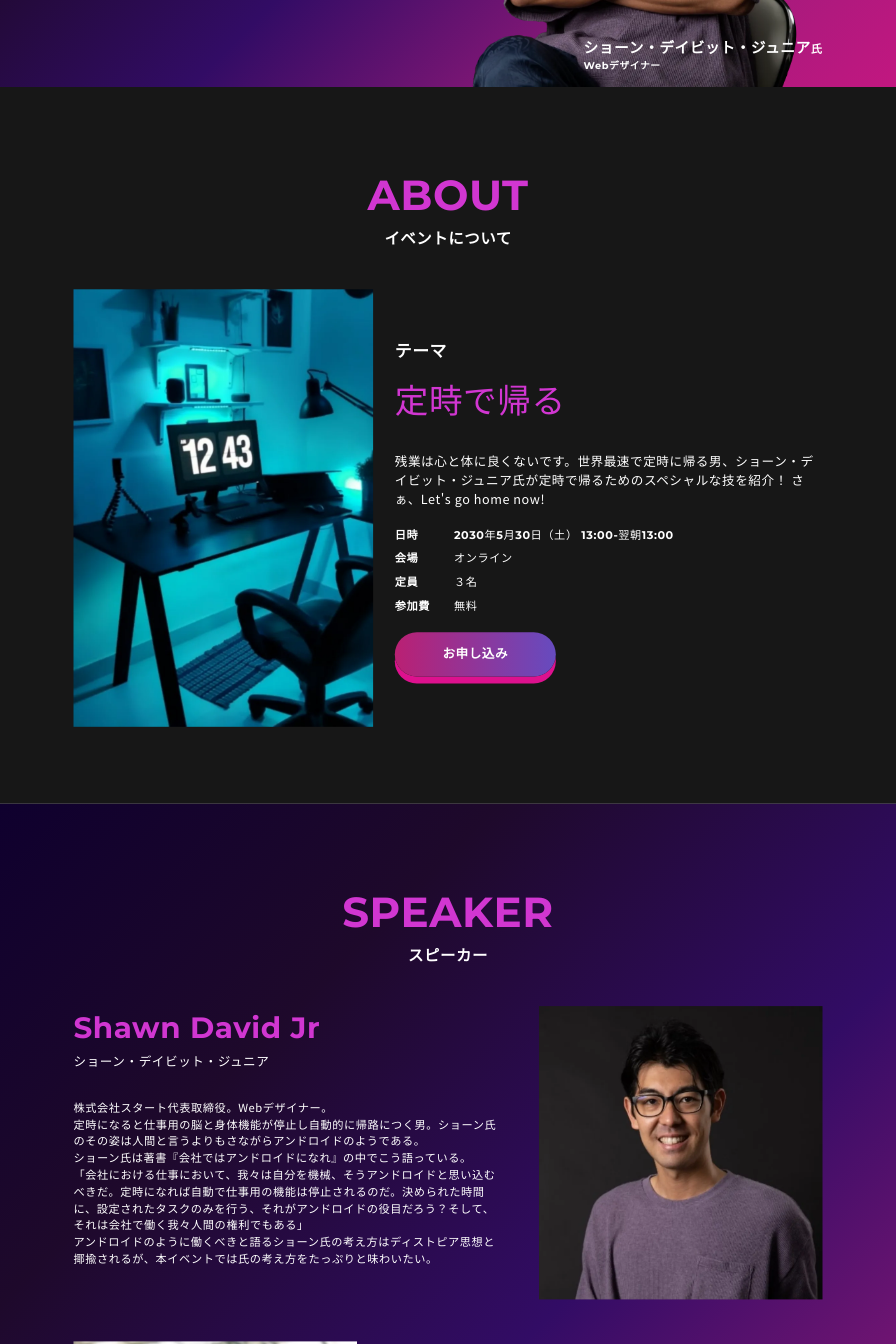
Repository: tetishi/wdc
Page: index.html
These files come from the project's save history. The page is drawn as it stood at one moment and after a run of saves; the edit follows.
The browser window is 1280 px wide. The pictures show the part of the page from y = 576 to 2496 px (the page is 6301 px tall before and 6268 px after), at 70% of full size.
Some web libraries are served in a nearby version. The style sheet was rebuilt from its Sass, Less or Tailwind sources for each picture, by a compiler version that may differ from the author's.

Above is the page before, as saved 2023-07-15 18:28:57.

### index.html
<!DOCTYPE html>
<html lang="ja">
<head>
    <meta charset="UTF-8">
    <meta http-equiv="X-UA-Compatible" content="IE=edge">
    <meta name="viewport" content="width=device-width, initial-scale=1.0">
    <title>WDC</title>
    <link href="https://use.fontawesome.com/releases/v5.6.1/css/all.css" rel="stylesheet">
    <link href="https://fonts.googleapis.com/css2?family=Montserrat:wght@700&family=Noto+Sans+JP:wght@500;700&display=swap" rel="stylesheet">
    <link rel="icon" href="img/favicon.ico">
    <link rel="stylesheet" href="./css/reset.css">
    <link rel="stylesheet" href="./css/style.css">
</head>
<body>
    <header class="header">
        <div class="header-inner">
            <h2 class="nav-title">
                <a href="./index.html">
                    <img src="img/WDC.svg" alt="WDC">
                </a>
            </h2>
            <nav class="header-nav">
                <ul id="page-link" class="header-list">
                    <li class="header-item">
                        <a href="#about">ABOUT</a>
                    </li>
                    <li class="header-item">
                        <a href="#speaker">SPEAKER</a>
                    </li>
                    <li class="header-item">
                        <a href="#session">SESSION</a>
                    </li>
                </ul>
            </nav>
        </div>
    </header>

    <main>
        <!-- fv -->
        <div class="fv">
            <div class="section-inner fv-wrapper">
                    <!-- page-title-wrapper -->
                    <div class="page-title-wrapper">
                        <div class="page-title-upper">Web Design <br class="sp-br"> Conference vol.24</div>
                        <h2 class="page-title">
                            WORK<br>
                            REVOLUTION
                        </h2>
                        <div class="page-title-bottom">2030.05.30</div>
                        <div id="page-link" class="fv-btn">
                            <a href="#registor" class="link-btn">お申し込み</a>
                        </div>
                    </div>
                    <div class="ceo-wrraper">
                        <p class="ceo-name">ショーン・デイビット・ジュニア<span class="ceo-title">氏</span></p>
                        <p class="ceo-occupation">Webデザイナー</p>
                    </div>
            </div>
        </div>

        <!-- about -->
        <section id="about" class="about-section-wrapper">
            <div class="section-inner">
                <h2 class="section-title">
                    ABOUT

                </h2>
                <p class="section-under-title">イベントについて</p>
                <div class="about-container">
                    <div class="about-left-conatiner">
                        <div class="about-img-box">
                            <picture>
                                <source srcset="img/about.webp" type="image/webp">
                                <img src="img/about.jpg" alt="デスクの上のモニターには時間が表示されている">
                            </picture>
                        </div>
                    </div>
                    <div class="about-right-container">
                        <p class="top-text">テーマ</p>
                        <h3 class="theme">定時で帰る</h3>
                        <p class="theme-content">残業は心と体に良くないです。世界最速で定時に帰る男、ショーン・デイビット・ジュニア氏が定時で帰るためのスペシャルな技を紹介！ さぁ、Let's go home now!</p>
                        <table class="about-table">
                            <tbody>
                                <tr>
                                    <th>日時</th>
                                    <td>2030年5月30日（土） 13:00-翌朝13:00</td>
                                </tr>
                                <tr>
                                    <th>会場</th>
                                    <td>オンライン</td>
                                </tr>
                                <tr>
                                    <th>定員</th>
                                    <td>３名</td>
                                </tr>
                                <tr>
                                    <th>参加費</th>
                                    <td>無料</td>
                                </tr>
                            </tbody>
                        </table>
                        <div id="page-link">
                            <a href="#registor" class="link-btn">お申し込み</a>
                        </div>
                    </div>
                </div>
            </div>
        </section>

        <!-- speaker -->
        <section id="speaker" class="speaker-section-wrapper">
            <div class="section-inner">
                <h2 class="section-title">SPEAKER</h2>
                <p class="section-under-title">スピーカー</p>
                <div class="ceo-container">
                    <div class="ceo-left">
                        <h3 class="speaker-name">Shawn David Jr</h3>
                        <p class="jp-name">ショーン・デイビット・ジュニア</p>
                        <div class="speaker-text">
                            <p>株式会社スタート代表取締役。Webデザイナー。<br>
                                定時になると仕事用の脳と身体機能が停止し自動的に帰路につく男。ショーン氏のその姿は人間と言うよりもさながらアンドロイドのようである。<br>
                                ショーン氏は著書『会社ではアンドロイドになれ』の中でこう語っている。<br>
                                「会社における仕事において、我々は自分を機械、そうアンドロイドと思い込むべきだ。定時になれば自動で仕事用の機能は停止されるのだ。決められた時間に、設定されたタスクのみを行う、それがアンドロイドの役目だろう？そして、それは会社で働く我々人間の権利でもある」<br>
                                アンドロイドのように働くべきと語るショーン氏の考え方はディストピア思想と揶揄されるが、本イベントでは氏の考え方をたっぷりと味わいたい。
                            </p>
                        </div>
                    </div>
                    <div class="ceo-right">
                        <picture>
                            <source srcset="img/sean.webp" type="image/webp">
                            <img src="img/sean.jpg" alt="株式会社スタート代表取締役のShawn David Jrの写真">
                        </picture>
                    </div>
                </div>
                <div class="mihoko-container">
                    <div class="mihoko-left">
                        <picture>
                            <source srcset="img/mihoko.webp" type="image/webp">
                            <img src="img/mihoko.jpg" alt="会社員兼プロテニスプレイヤーのMihoko Tennisの写真">
                        </picture>
                    </div>
                    <div class="mihoko-right">
                        <h3 class="speaker-name">Mihoko Tennis</h3>
                        <p class="jp-name">ミホコ・テニース</p>
                        <div class="speaker-text">
                            <p>会社員兼プロテニスプレイヤー。WTOランキング63,984位。<br>
                                会社員をしながらプロテニスプレイヤーとしても生計を立てているミホコ氏。平日は仕事で忙しい中、一体どのようにテニスの練習時間を捻出しているのか？会社にもテニスラケットを持ち込むというミホコ氏のワーキングスタイルに迫る。
                            </p>
                        </div>
                    </div>
                </div>
                <div class="jecica-container">
                    <div class="jecica-left">
                        <h3 class="speaker-name">Jecica Pannacotta </h3>
                        <p class="jp-name">ジェシカ・パンナコッタ</p>
                        <div class="speaker-text">
                            <p>フリーランスのエンジニア。<br>
                                「絶対に自宅でフルリモートで働く」という徹底したモットーに基づき、約7年間外出をしていない。インターネットを信仰しており、リアルやオフラインよりもオンラインを最重要視するライフスタイルを実践している。「外に出たら負け」が口グセのジェシカ氏の『超ネット仕事術』は必聴。
                            </p>
                        </div>
                    </div>
                    <div class="jecica-right">
                        <picture>
                            <source srcset="img/jecica.webp" type="image/webp">
                            <img src="img/jecica.jpg" alt="フリーランスのエンジニアJecica Pannacottaの写真">
                        </picture>
                    </div>
                </div>
            </div>
        </section>

        <!-- session -->
        <section id="session" class="session-section-wrapper">
            <div class="section-inner">
                <h2 class="section-title">SESSION</h2>
                <p class="section-under-title">セッション</p>
                <div class="session-container">
                    <ul class="session-list">
                        <li class="session-item">
                            <div class="session-left">
                                <p class="session-item-time">13:00-14:00</p>
                            </div>
                            <div class="session-right">
                                <h3 class="session-item-title">ライトニングトーク：定時に帰る、それはアンドロイドになること</h3>
                                <p class="session-item-body">
                                    スピーカー：ショーン・デイビット・ジュニア<br>
                                    人間らしくあろうとすること、それが残業を生むのだ。さぁ！アンドロイドになるのだ！
                                </p>
                            </div>
                        </li>
                        <li class="session-item">
                            <div class="session-left">
                                <p class="session-item-time">14:00-18:00</p>
                            </div>
                            <div class="session-right">
                                <h3 class="session-item-title">ショーンのとっておきの定時に帰る方法</h3>
                                <p class="session-item-body">
                                    スピーカー：ショーン・デイビット・ジュニア<br>
                                    アンドロイド的定時に帰る方法を紹介。ワタシ、テイジデカエリマス。
                                </p>
                            </div>
                        </li>
                        <li class="session-item">
                            <div class="session-left">
                                <p class="session-item-time">18:00-24:00</p>
                            </div>
                            <div class="session-right">
                                <h3 class="session-item-title">公私混同仕事術</h3>
                                <p class="session-item-body">
                                    スピーカー：ミホコ・テニース<br>
                                    私は会社にもテニスラケットを持ち込む。そう、もういっそのこと仕事と趣味の境界線を消しましょう。
                                </p>
                            </div>
                        </li>
                        <li class="session-item">
                            <div class="session-left">
                                <p class="session-item-time">24:00-13:00</p>
                            </div>
                            <div class="session-right">
                                <h3 class="session-item-title">超ネット仕事術</h3>
                                <p class="session-item-body">
                                    スピーカー：ジェシカ・パンナコッタ<br>
                                    ７年間一度も外出せずに仕事をする方法を紹介。自宅大好きっ！
                                </p>
                            </div>
                        </li>
                    </ul>
                </div>
            </div>
        </section>

        <!-- registor -->
        <section id="registor" class="registor-section-wrapper">
            <div class="section-inner">
                <h2 class="section-title">REGISTOR</h2>
                <p class="section-under-title">お申し込み</p>
                <div class="registor-container">
                    <form action="" class="form">
                        <div class="form-item">
                            <div class="form-title first-point">
                                <label for="occupation">ご職業
                                    <span class="form-required">*必須</span>
                                </label>
                            </div>
                            <div class="checkbox-group">
                                <div class="checkbox-item">
                                    <input id="employee" type="checkbox" name="employee" value="employee" class="checkbox">
                                    <label for="employee">会社員</label>
                                </div>
                                <div class="checkbox-item">
                                    <input id="self-employed" type="checkbox" name="self-employed" value="self-employed" class="checkbox">
                                    <label for="self-employed">個人事業主</label>
                                </div>
                                <div class="checkbox-item">
                                    <input id="unemployed" type="checkbox" name="unemployed" value="unemployed" class="checkbox">
                                    <label for="unemployed">求職中</label>
                                </div>
                                <div class="checkbox-item">
                                    <input id="other" type="checkbox" name="other" value="other" class="checkbox">
                                    <label for="other">その他</label>
                                </div>
                            </div>
                        </div>
                        <div class="form-item">
                            <div class="form-title">
                                <label for="name">お名前
                                    <span class="form-required">*必須</span>
                                </label>
                            </div>
                            <input id="name" type="text" name="name" required class="form-input">
                        </div>
                        <div class="form-item">
                            <div class="form-title">
                                <label for="email">メールアドレス
                                    <span class="form-required">*必須</span>
                                </label>
                            </div>
                            <input id="email" type="email" name="email" required class="form-input">
                        </div>
                        <div class="form-item">
                            <div class="form-title">
                                <label for="tel">電話番号
                                    <span class="form-note">（半角数字ハイフンなし）</span>
                                </label>
                            </div>
                            <input id="tel" type="tel" name="tel" class="form-input">
                        </div>
                        <div class="form-item">
                            <div class="form-title">
                                <label for="comment">スピーカーに質問したいこと
                                    <span class="form-required">*必須</span>
                                </label>
                            </div>
                            <textarea name="comment" id="comment" cols="30" rows="10" placeholder="ご自由にお書きください"></textarea>
                        </div>
                        <div class="form-item">
                            <div class="form-title">
                                <label for="source">WDCをどちらでお知りになりましたか？
                                    <span class="form-required">*必須</span>
                                </label>
                            </div>
                            <select name="source" id="source">
                                <option value>選択してください</option>
                                <option value="Google/Yahoo検索">Google/Yahoo検索</option>
                                <option value="SNS">SNS</option>
                                <option value="ブログ">ブログ</option>
                                <option value="友人や知人">友人や知人</option>
                                <option value="その他">その他</option>
                            </select>
                        </div>
                        <div class="form-btn">
                            <button type="submit" class="btn">送信する</button>
                        </div>
                    </form>
                </div>
            </div>
        </section>

        <!-- footer -->
        <footer class="footer">
            <div class="footer-text">©2030 Web Design Conference</div>
        </footer>
        <a class="pagetop" href="#">
            <div class="pagetop-arrow">
                <i class="fas fa-angle-up"></i>
            </div>
        </a>
    </main>
    <script src="https://ajax.googleapis.com/ajax/libs/jquery/3.6.0/jquery.min.js"></script>
    <script src="js/script.js"></script>
</body>
</html>

### css/reset.css
/*
html5doctor.com Reset Stylesheet
v1.6.1
Last Updated: 2010-09-17
Author: Richard Clark - http://richclarkdesign.com
Twitter: @rich_clark
*/

* {
    box-sizing: border-box;
}

html,
body,
div,
span,
object,
iframe,
h1,
h2,
h3,
h4,
h5,
h6,
p,
blockquote,
pre,
abbr,
address,
cite,
code,
del,
dfn,
em,
img,
ins,
kbd,
q,
samp,
small,
strong,
sub,
sup,
var,
b,
i,
dl,
dt,
dd,
ol,
ul,
li,
fieldset,
form,
label,
legend,
table,
caption,
tbody,
tfoot,
thead,
tr,
th,
td,
article,
aside,
canvas,
details,
figcaption,
figure,
footer,
header,
hgroup,
menu,
nav,
section,
summary,
time,
mark,
ruby,
audio,
video {
    margin: 0;
    padding: 0;
    border: 0;
    outline: 0;
    font-size: 100%;
    vertical-align: baseline;
    background: transparent;
}

body {
    line-height: 1.5;
}

img {
    width: 100%;
    height: auto;
    object-fit: cover;
}

button {
    background-color: transparent;
    border: none;
    cursor: pointer;
    outline: none;
    padding: 0;
    appearance: none;
}

article,
aside,
details,
figcaption,
figure,
footer,
header,
hgroup,
menu,
nav,
section {
    display: block;
}

nav ul {
    list-style: none;
}

li {
    list-style: none;
}

a {
    margin: 0;
    padding: 0;
    font-size: 100%;
    vertical-align: baseline;
    background: transparent;
}

input,
select {
    vertical-align: middle;
}

/*end reset css*/

Loaded but not shown: js/script.js (24 lines, source omitted); css/style.scss (658 lines, source omitted)

After the next 3 saves:
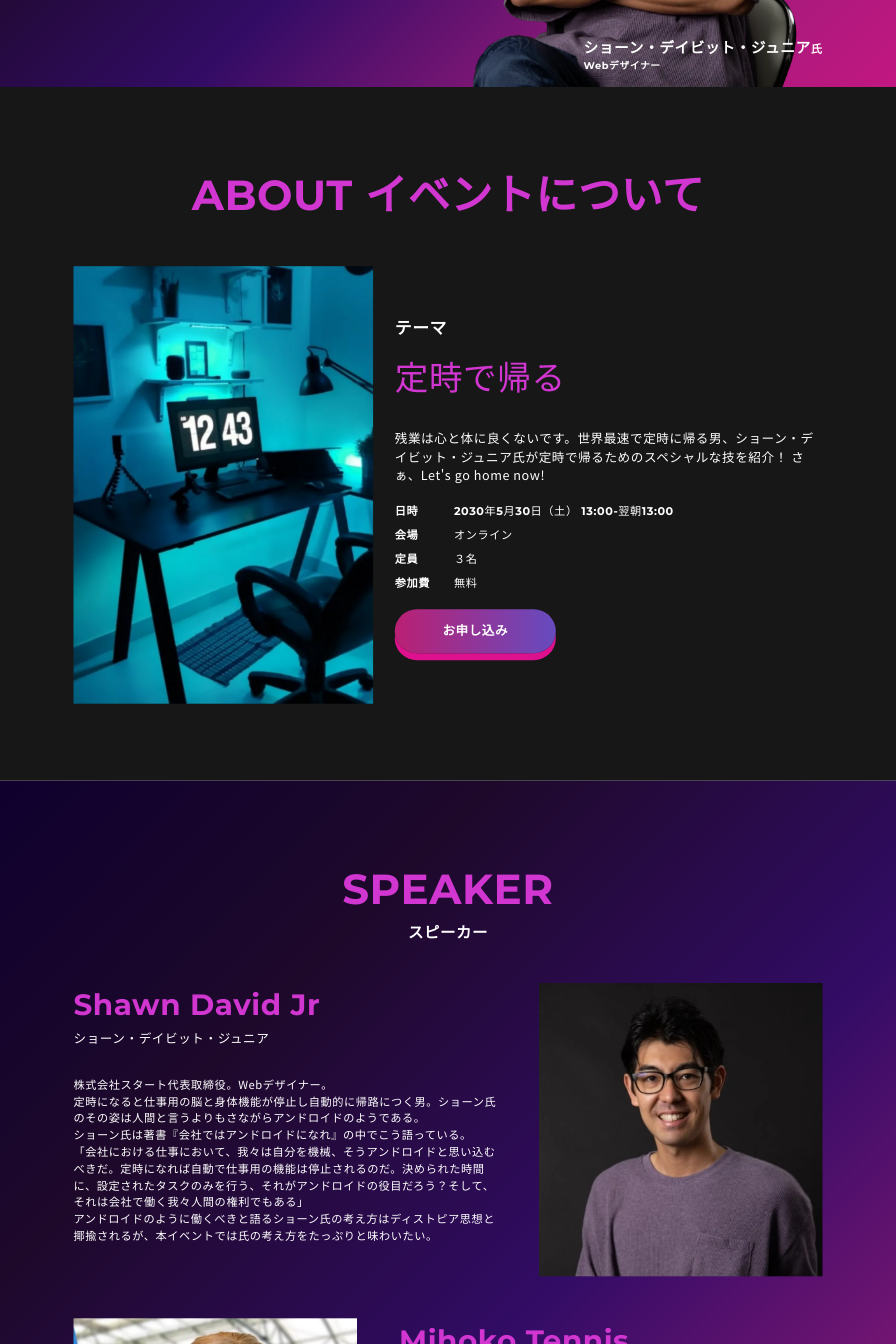
The 3 saves are shown as one change because they came seconds apart.
The last was saved 9 s later.
--- a/index.html
+++ b/index.html
@@ -63,9 +63,9 @@
             <div class="section-inner">
                 <h2 class="section-title">
                     ABOUT
-
+                    <span>イベントについて</span>
                 </h2>
-                <p class="section-under-title">イベントについて</p>
+                <p class="section-under-title"></p>
                 <div class="about-container">
                     <div class="about-left-conatiner">
                         <div class="about-img-box">
